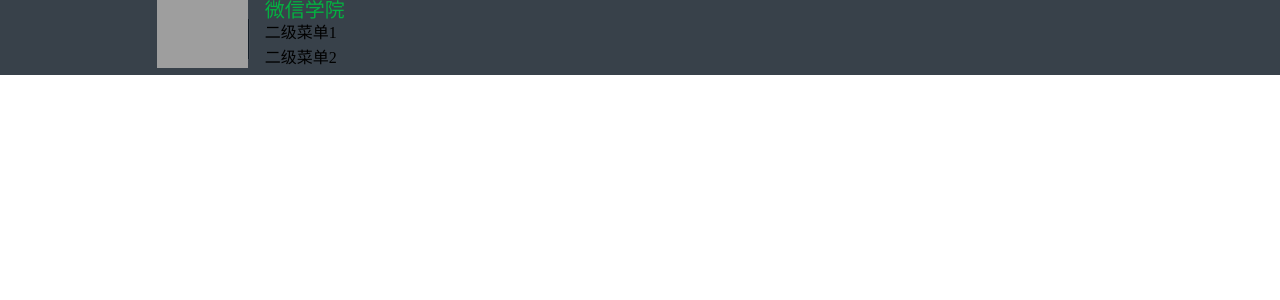
Repository: A1LExX/H5_study_set
Page: tencentUniversity/index.html
These files come from the project's save history. The page is drawn as it stood at one moment and after a run of saves; the edit follows.
The browser window is 1280 px wide. The pictures show the whole page.
Pictures or frames that could not be fetched are drawn as grey boxes.

Above is the page before, as saved 2021-07-03 10:18:53.

### tencentUniversity/index.html
<!--
@author [Alex Wei]
@email [w2262196@outlook.com]
@create date 2021-07-03 09:03:57
@modify date 2021-07-03 10:17:48
@desc [description]
-->
<!DOCTYPE html>
<html lang="en">
<head>
    <meta charset="UTF-8">
    <meta http-equiv="X-UA-Compatible" content="IE=edge">
    <meta name="viewport" content="width=device-width, initial-scale=1.0">
    <!-- 引入重制样式表 -->
    <link rel="stylesheet" href="./css/reset.css">
    <!-- 引入当前页面样式表 -->
    <link rel="stylesheet" href="./css/index.css">
    <title>index</title>
</head>
<body>
    <!-- 页眉 -->
    <div id="header">
        <div class="headerMid container clearfix">
            <div class="logo"><img src="./images/logo_02.jpg" alt=""></div>
            <div class="logoBorder left"></div>
            <div class="logoBorder right"></div>
            <div class="downList">
                <ul>
                    <li class="first">微信学院</li>
                    <li class="down">二级菜单1</li>
                    <li class="down">二级菜单2</li>
                </ul>
            </div>
            <div class="search"></div>
        </div>
    </div>
    <!-- 导航 -->
    <div id="nav"></div>
    <!-- 轮播图 -->
    <div id="banner"></div>
    <!-- 分类 -->
    <div id="class"></div>
    <!-- 页脚 -->
    <div id="footer"></div>
</body>
</html>

### tencentUniversity/css/reset.css
/* http://meyerweb.com/eric/tools/css/reset/
   v2.0 | 20110126
   License: none (public domain)
*/

html, body, div, span, applet, object, iframe,
h1, h2, h3, h4, h5, h6, p, blockquote, pre,
a, abbr, acronym, address, big, cite, code,
del, dfn, em, img, ins, kbd, q, s, samp,
small, strike, strong, sub, sup, tt, var,
b, u, i, center,
dl, dt, dd, ol, ul, li,
fieldset, form, label, legend,
table, caption, tbody, tfoot, thead, tr, th, td,
article, aside, canvas, details, embed,
figure, figcaption, footer, header, hgroup,
menu, nav, output, ruby, section, summary,
time, mark, audio, video {
	margin: 0;
	padding: 0;
	border: 0;
	font-size: 100%;
	font: inherit;
	/* vertical-align: middle; */
}
/* HTML5 display-role reset for older browsers */
article, aside, details, figcaption, figure,
footer, header, hgroup, menu, nav, section {
	display: block;
}
body {
	line-height: 1;
}
ol, ul {
	list-style: none;
}
blockquote, q {
	quotes: none;
}
blockquote:before, blockquote:after,
q:before, q:after {
	content: '';
	content: none;
}
table {
	border-collapse: collapse;
	border-spacing: 0;
}
a{
    text-decoration: none;
    color: inherit;
}
a:hover{
	color: red;
}
input,button{
	border: 0px solid;
	padding: 0;
	margin: 0;
}

### tencentUniversity/css/index.css
/**
 * @author [Alex Wei]
 * @email [w2262196@outlook.com]
 * @create date 2021-07-03 09:46:10
 * @modify date 2021-07-03 10:18:53
 * @desc [description]
 */
/* 版心 */
.container{
    min-width: 1010px;
    margin: 0 auto;
}

/* 消除浮动的影响 */
.clearfix::after{
    content: '';
    display: block;
    height: 0;
    clear: both;
}

html,body{
    width: 100%;
}

/* 测试类 */
.test{
    border: 1px solid red;
}

/* 页眉 */
#header{
    background-color: #38414a;
}

#header .headerMid{
    width: 1010px;
}

#header .logo{
    margin-left: 22px;
    height: 68px;
}

#header .logo img{
    width: 100%;
    height: 100%;
}

.logoBorder{
    width: 1px;
    height: 40px;
    float: left;
    margin-top: 19px;
}

#header .left{
    background-color: #131d27;
}

#header .right{
    background-color: #3f4750;
    margin-right: 15px;
}

.logo,.downList{
    float: left;
}

.downList .first{
    color: #04b141;
    font-size: 20px;
}

.downList li{
   width: 80px;
   height: 25px;
}

.search{
    float: right;
}

After the next 2 saves:
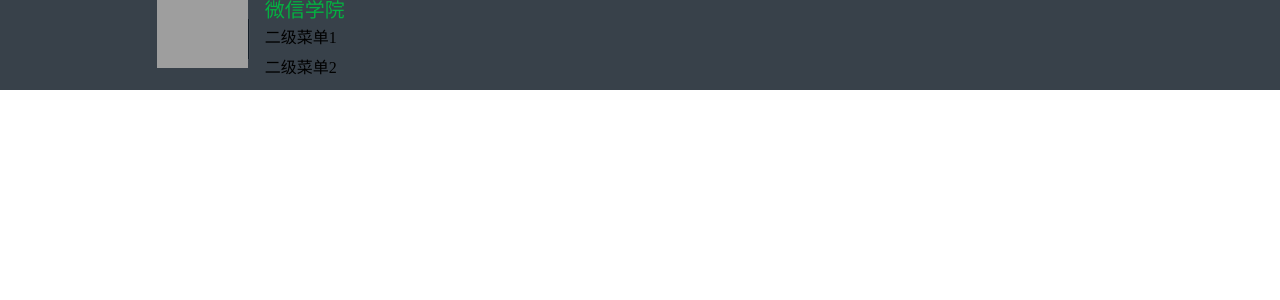
The 2 saves are shown as one change because they came seconds apart.
The last was saved 7 s later.
--- a/tencentUniversity/css/index.css
+++ b/tencentUniversity/css/index.css
@@ -2,7 +2,7 @@
  * @author [Alex Wei]
  * @email [w2262196@outlook.com]
  * @create date 2021-07-03 09:46:10
- * @modify date 2021-07-03 10:18:53
+ * @modify date 2021-07-03 10:19:00
  * @desc [description]
  */
 /* 版心 */
@@ -74,7 +74,7 @@
 
 .downList li{
    width: 80px;
-   height: 25px;
+   height: 30px;
 }
 
 .search{
